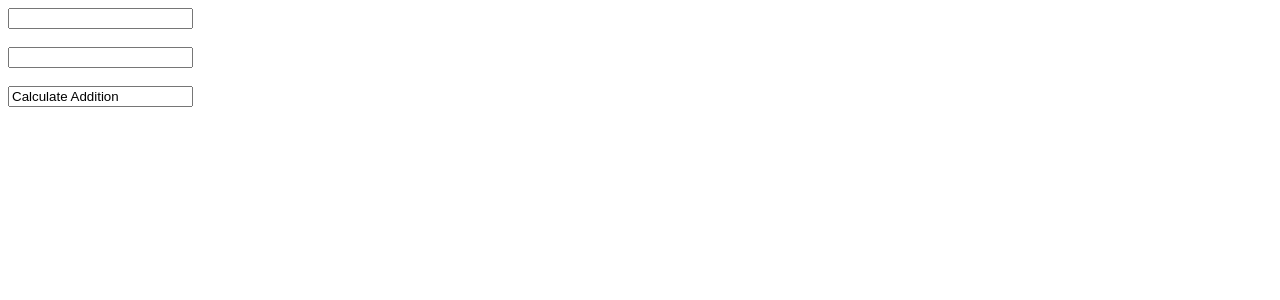
Repository: vaibhaokamble/MY_INSTITUTE_PUNE
Page: http://localhost/JSPApplication/addition.jsp
An editor plug-in stored every save of this project. The page is shown before and after the next save, followed by the edit.
The browser window is 1280 px wide. The pictures show the whole page.
The page is served by Tomcat 9.

Above is the page before, as saved 2022-10-17 14:34:31.

After the next save:
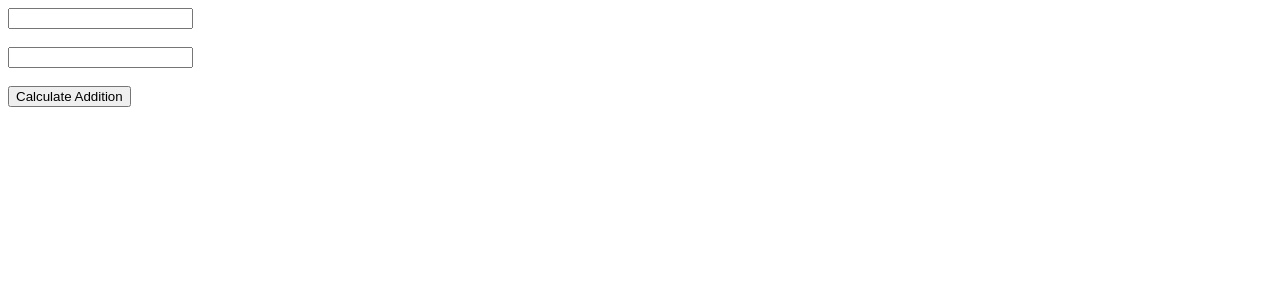
Saved 25 min 8 s later.
--- a/JSP/JSPApplication/src/main/webapp/addition.jsp
+++ b/JSP/JSPApplication/src/main/webapp/addition.jsp
@@ -15,7 +15,7 @@
 <form name='frm' action='' method='POST'>
 <input type='text' name='first' value=''/><br></br>
 <input type='text' name='second' value=''/><br></br>
-<input type='text' name='s' value='Calculate Addition'/><br></br>
+<input type='submit' name='s' value='Calculate Addition'/><br></br>
 </form>
 
 <!-- ScriptLet -->
